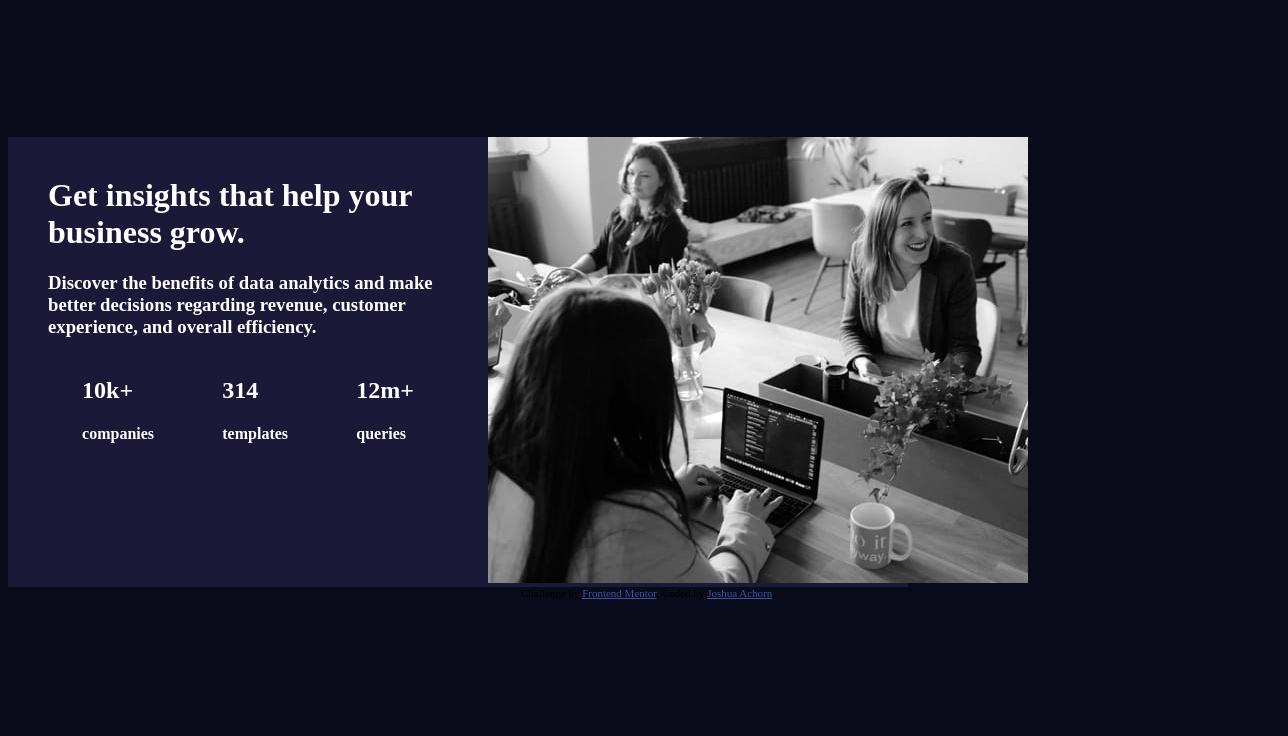
Repository: Achorn/stats-preview-card
Page: index.html
An editor plug-in stored every save of this project. The page is shown before and after the next save, followed by the edit.
The browser window is 1280 px wide. The page is 1288 px wide, so the pictures cover 1288 px, including what lies to the right of the window. The pictures show the whole page.

Above is the page before, as saved 2021-06-16 17:09:59.

After the next save:
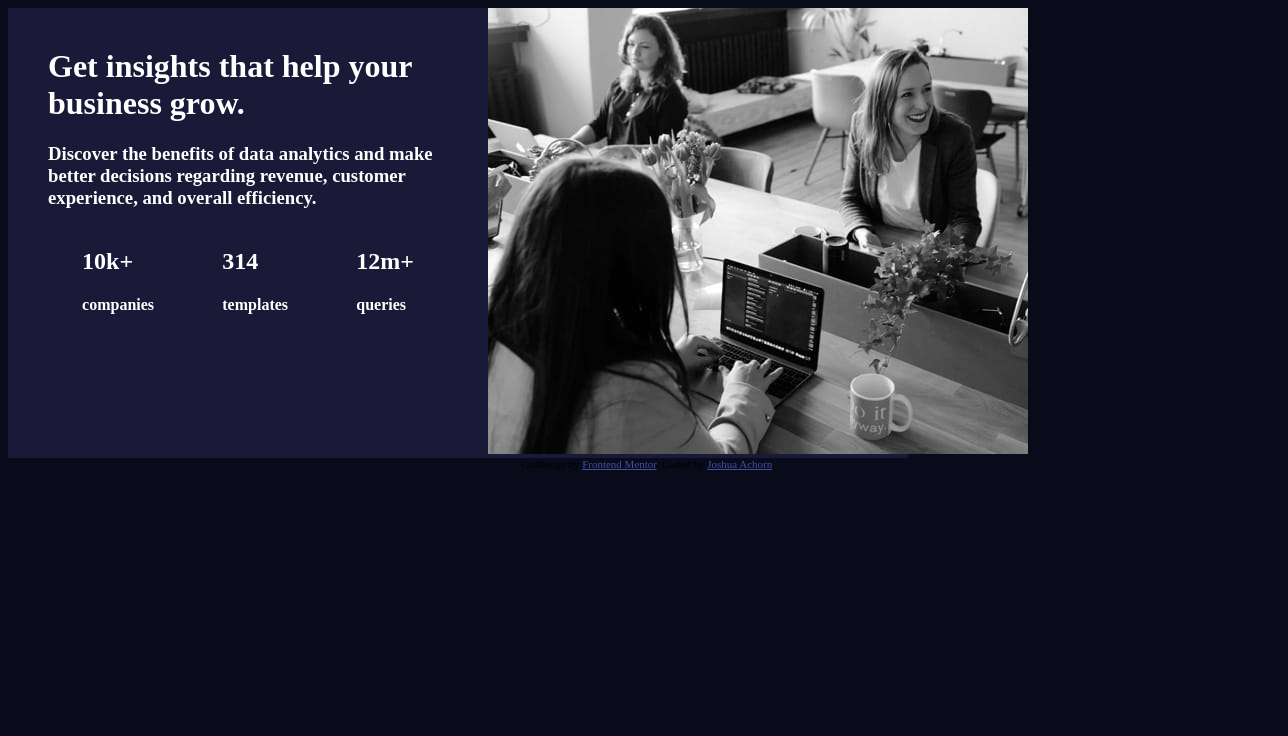
Saved 10 s later.
--- a/styles.css
+++ b/styles.css
@@ -2,10 +2,6 @@ body {
   width: 100%;
   background-color: hsl(233, 47%, 7%);
   height: 100vh;
-  display: flex;
-  flex-direction: column;
-  justify-content: center;
-  align-content: space-around;
 }
 
 #card-container {
